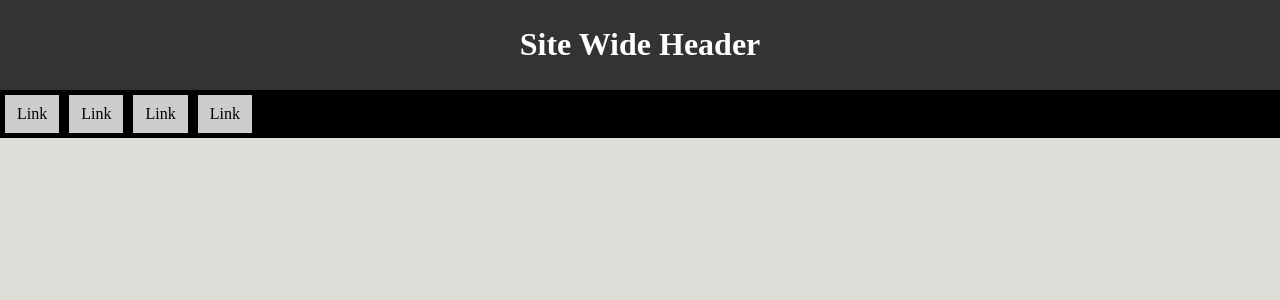
Repository: ayeza-baseer/AssignmentFlexbox
Page: assignment.html
An editor plug-in stored every save of this project. The page is shown before and after the next save, followed by the edit.
The browser window is 1280 px wide. The pictures show the whole page.

Above is the page before, as saved 2023-03-17 13:53:28.

### assignment.html
<!DOCTYPE html>
<html lang="en">
<head>

    <link rel="stylesheet" href="assignment.css">


</head>
<body>
<div>
    <header class="header"><h1>
        Site Wide Header
    </h1></header>
    <div class="navbar">
        <a href="#">Link</a>
        <a href="#">Link</a>
        <a href="#">Link</a>
        <a href="#">Link</a>
      </div>


</div>

</body>
</html>

### assignment.css
.header{
    padding: 5px;
    background-color: #333;
	 color: #ccc;

    text-align: center;

    color: white;
}

body{
    margin:0;
    background-color: #deded8;
}

.navbar {
    display: flex;
    background-color: black
  }

  .navbar a {
    color: black;
    margin:5px;
    background-color: #ccc;
    padding: 10px 12px;
    text-decoration: none;
    text-align: center;
  }

After the next save:
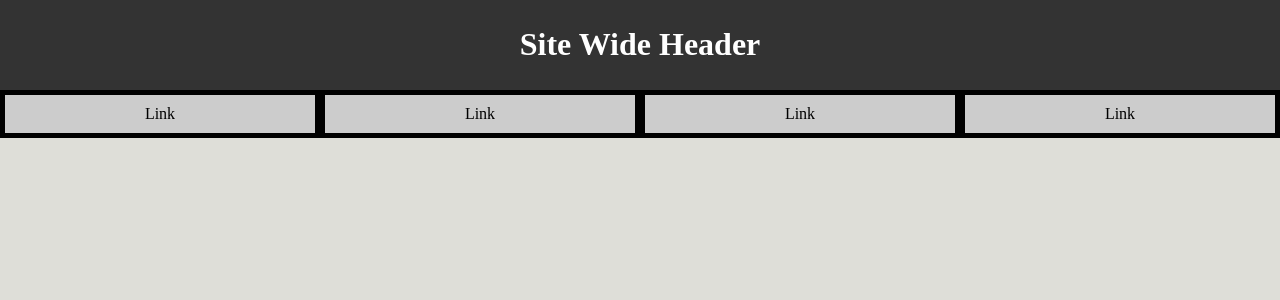
Saved 25 s later.
--- a/assignment.css
+++ b/assignment.css
@@ -25,4 +25,5 @@ body{
     padding: 10px 12px;
     text-decoration: none;
     text-align: center;
+    flex-grow:1
   }
